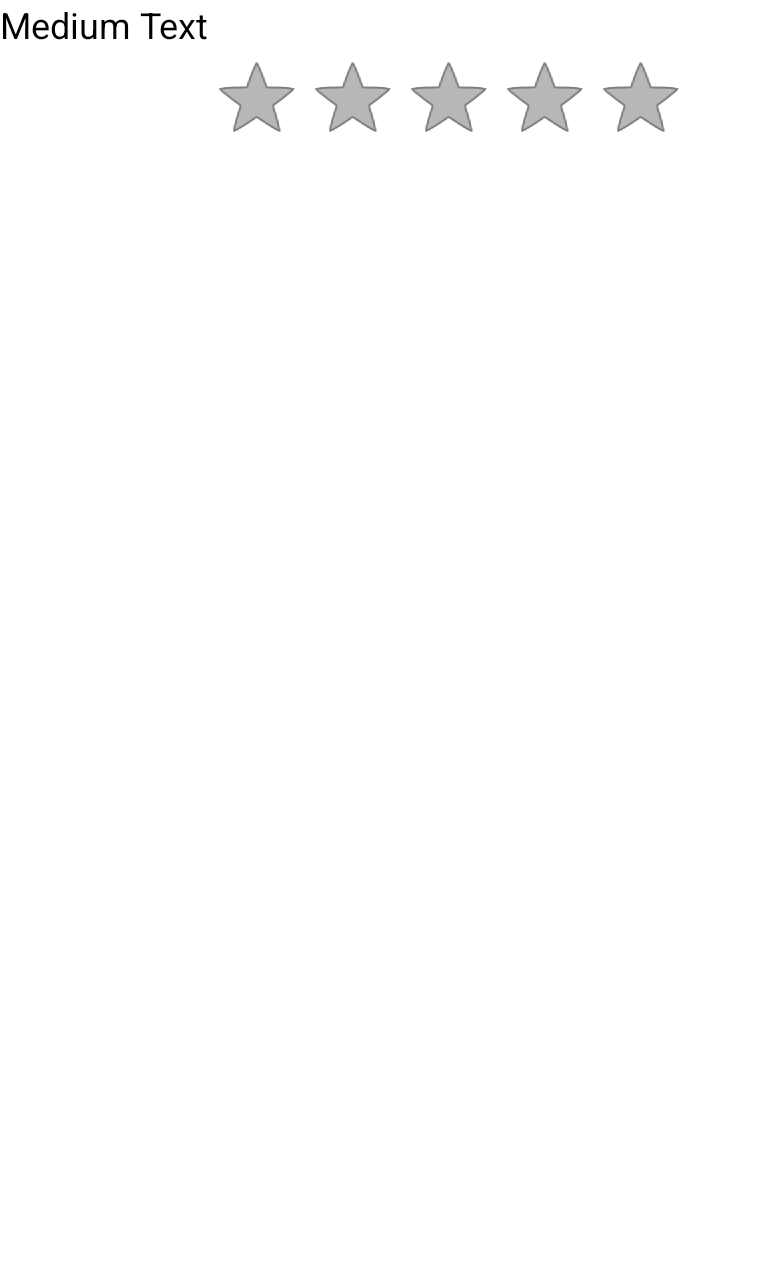
Repository: yash256/atnt
Layout: Farmdroid/res/layout/market_details.xml
These files come from the project's save history. The layout is drawn as it stood at one moment and after the next save; the edit follows.
It is drawn on a 768 x 1280 px phone screen (xhdpi) without system bars, with theme AppTheme; the app's code is not run.

Above is the layout before, as saved 2014-10-26 18:45:38.

### Farmdroid/res/layout/market_details.xml
<?xml version="1.0" encoding="utf-8"?>
<LinearLayout xmlns:android="http://schemas.android.com/apk/res/android"
    android:layout_width="match_parent"
    android:layout_height="match_parent"
    android:orientation="vertical" >

    <GridLayout
        android:layout_width="match_parent"
        android:layout_height="wrap_content"
        android:orientation="horizontal"
        android:columnCount="8" >

        <TextView
            android:id="@+id/textView1"
            android:layout_column="0"
            android:layout_gravity="left|top"
            android:layout_row="1"
            android:text="Medium Text"
            android:textAppearance="?android:attr/textAppearanceMedium" />



    <RatingBar
        android:id="@+id/ratingBar1"
        android:layout_row="2"
        android:layout_columnSpan="4"
        android:layout_gravity="right"/>

    </GridLayout>


</LinearLayout>

Loaded but not shown: Farmdroid/res/values/styles.xml (common file); Farmdroid/res/values-v11/styles.xml (common file); Farmdroid/res/values-v14/styles.xml (common file)

After the next save:
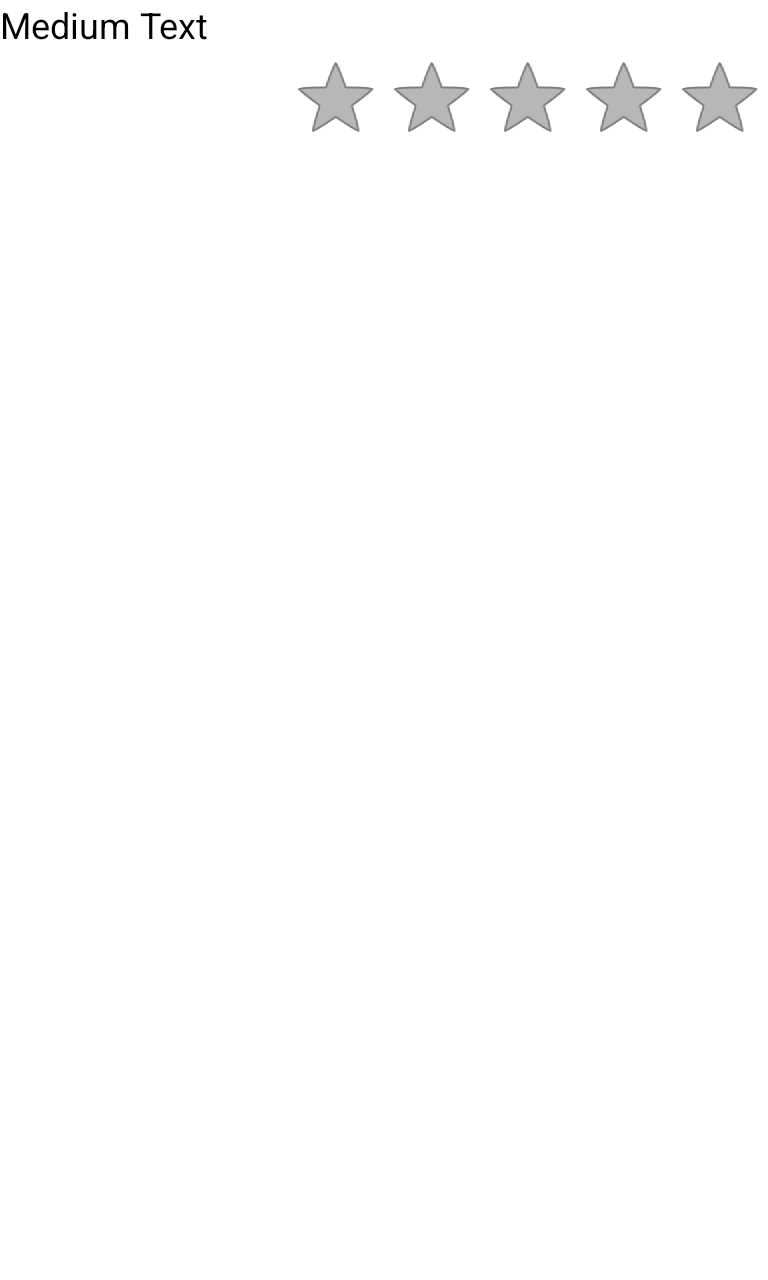
Saved 43 s later.
--- a/Farmdroid/res/layout/market_details.xml
+++ b/Farmdroid/res/layout/market_details.xml
@@ -15,6 +15,7 @@
             android:layout_column="0"
             android:layout_gravity="left|top"
             android:layout_row="1"
+            android:layout_columnSpan="4"
             android:text="Medium Text"
             android:textAppearance="?android:attr/textAppearanceMedium" />
 
